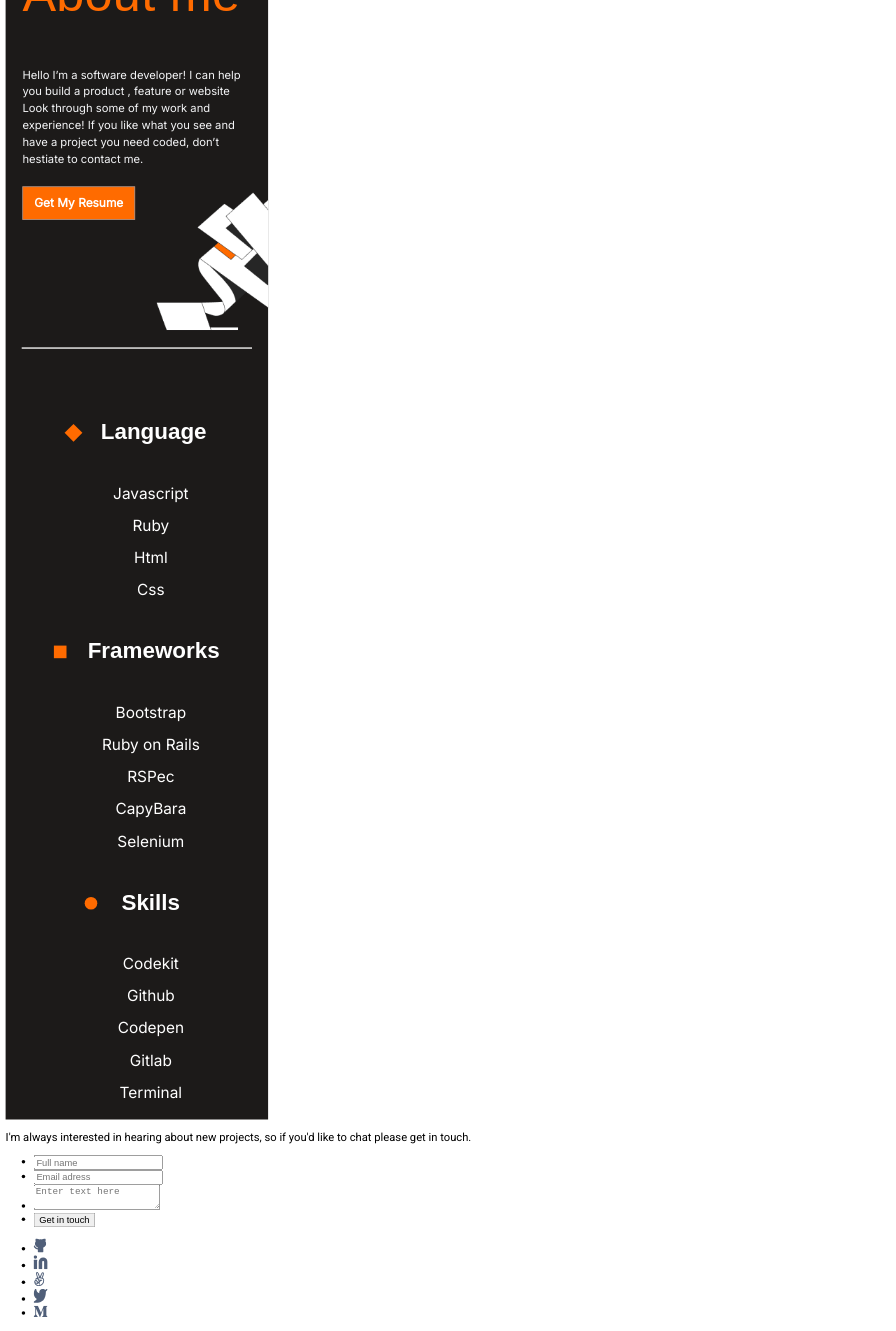
Repository: iBel251/portfolio
Page: index.html
These files come from the project's save history. The page is drawn as it stood at one moment and after the next save; the edit follows.
The browser window is 1280 px wide. The pictures show the part of the page from y = 4236 to 6156 px (the page is 6137 px tall before and 6156 px after), at 70% of full size.
Some web fonts or font styles are not loaded; a fallback is used.

Above is the page before, as saved 2022-03-22 10:38:03.

After the next save:
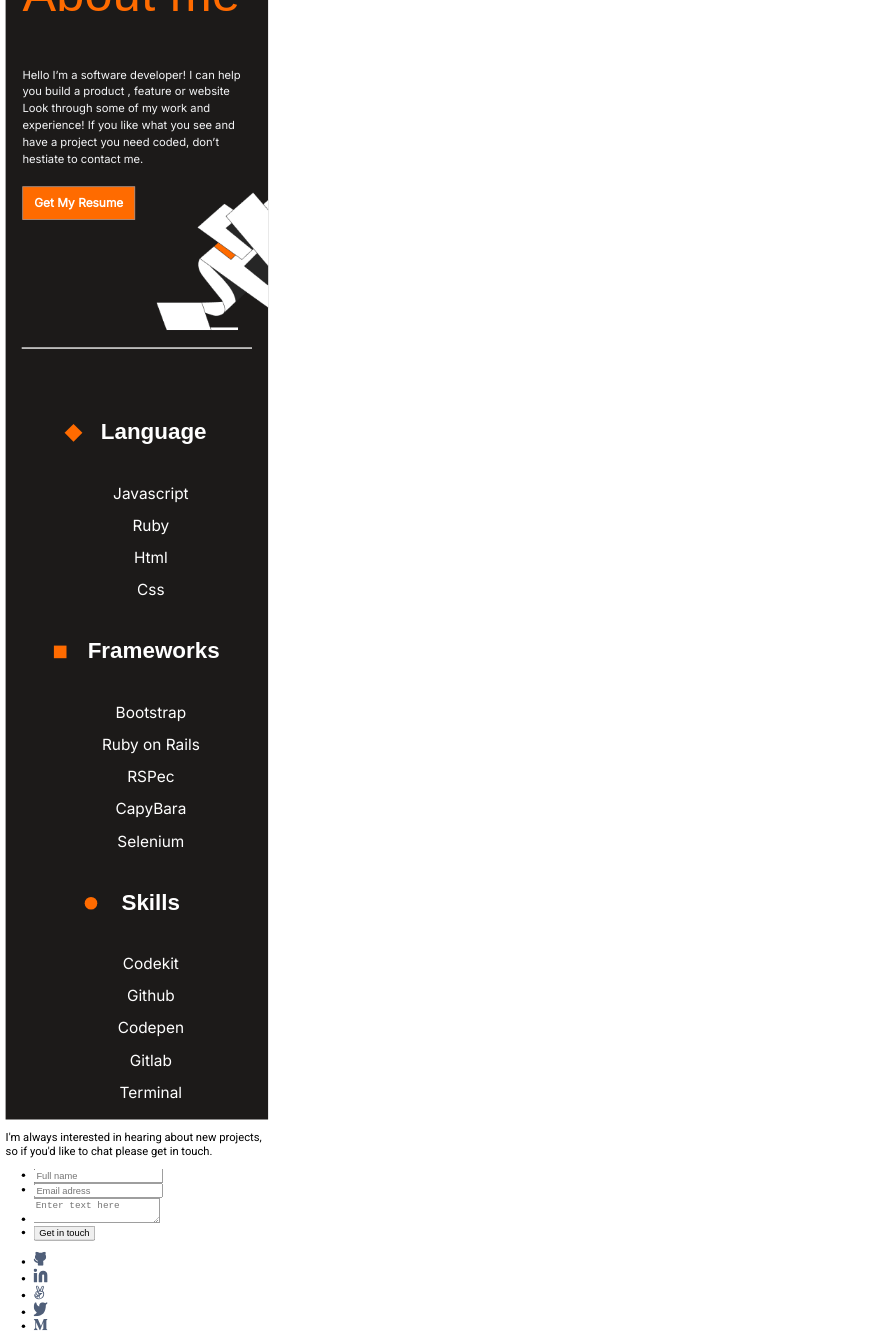
Saved 44 s later.
--- a/style.css
+++ b/style.css
@@ -399,6 +399,6 @@
   margin-right: 35px;
 }
 
-.contact_me{
+.contact-me{
   width: 375px;
 }
